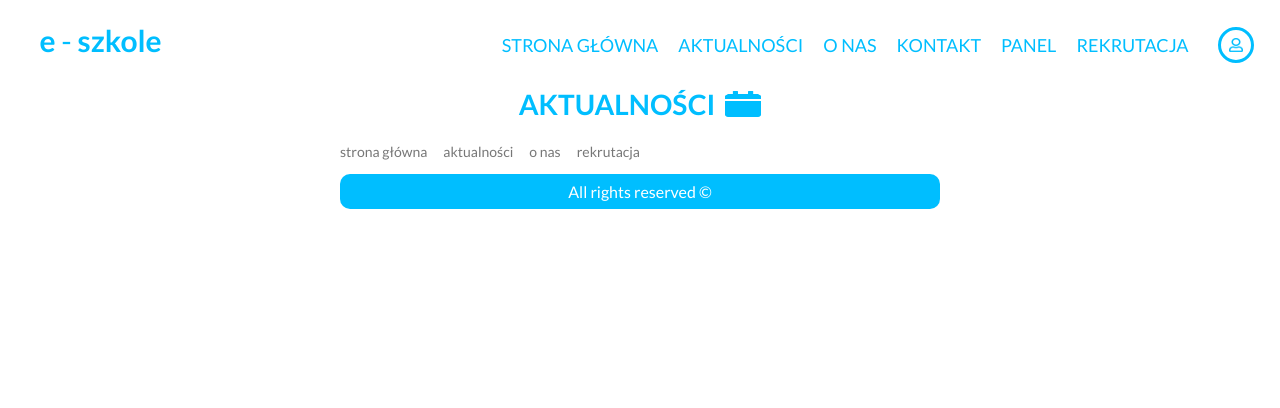
Repository: Votex874/e-szkole
Page: /blog (app in app/)
The author's editor kept a copy of each file at every save. The page is drawn from the files as they stood at one save, then again after the next save.
The browser window is 1280 px wide. The pictures show the whole page.
The project was rebuilt for these pictures with package versions that can differ from the ones it lists, and the page was loaded fresh each time. Also part of the build but not shown: app/src/components/News/Title/index.js, app/src/components/News/Content/index.js, app/src/components/News/Avatar/index.js, app/src/components/News/Footer/index.js, app/src/components/News/index.js, app/src/components/AboutUs/Content/index.js, app/src/components/AboutUs/index.js, app/src/components/Graduates/ListItem/index.js and 11 more.

Above is the page before, as saved 2019-03-05 17:49:20.

After the next save:
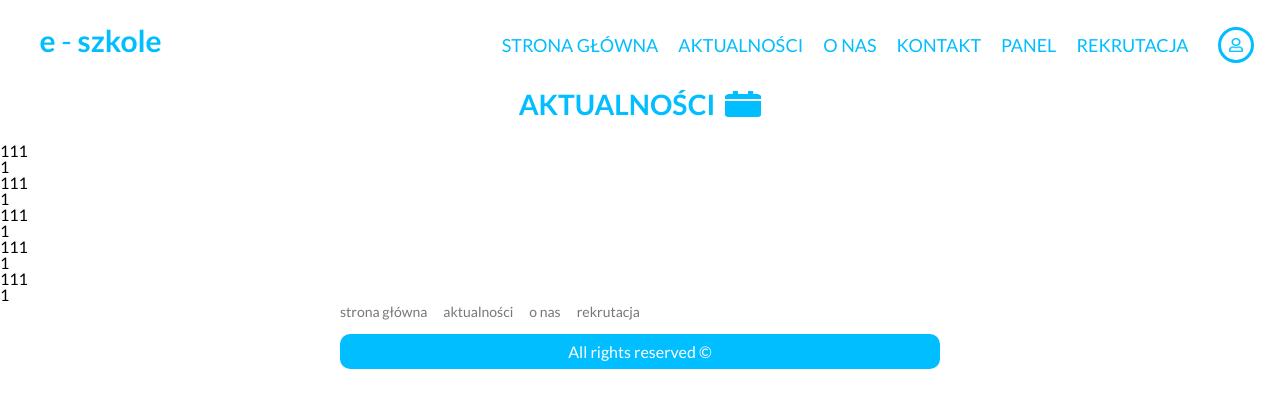
Saved 2 min 0 s later.
--- a/app/src/components/Blog/Post/index.js
+++ b/app/src/components/Blog/Post/index.js
@@ -10,16 +10,21 @@ const PostContainer = styled.article`
 
 `
 
+const ContentContainer = styled.section`
+
+`
+
 class Post extends Component {
-  constructor(props) {
-    super(props)
-  }
   render() {
     const { content } = this.props
-    console.log(content)
     return (
       <PostContainer>
-
+        <ContentContainer>
+          <Title title={content.title} />
+          <Content text={content.content} />
+          <Footer date={content.date} author={content.author} />
+        </ContentContainer>
+        <Avatar img={content.imageName} />
       </PostContainer>
     )
   }
